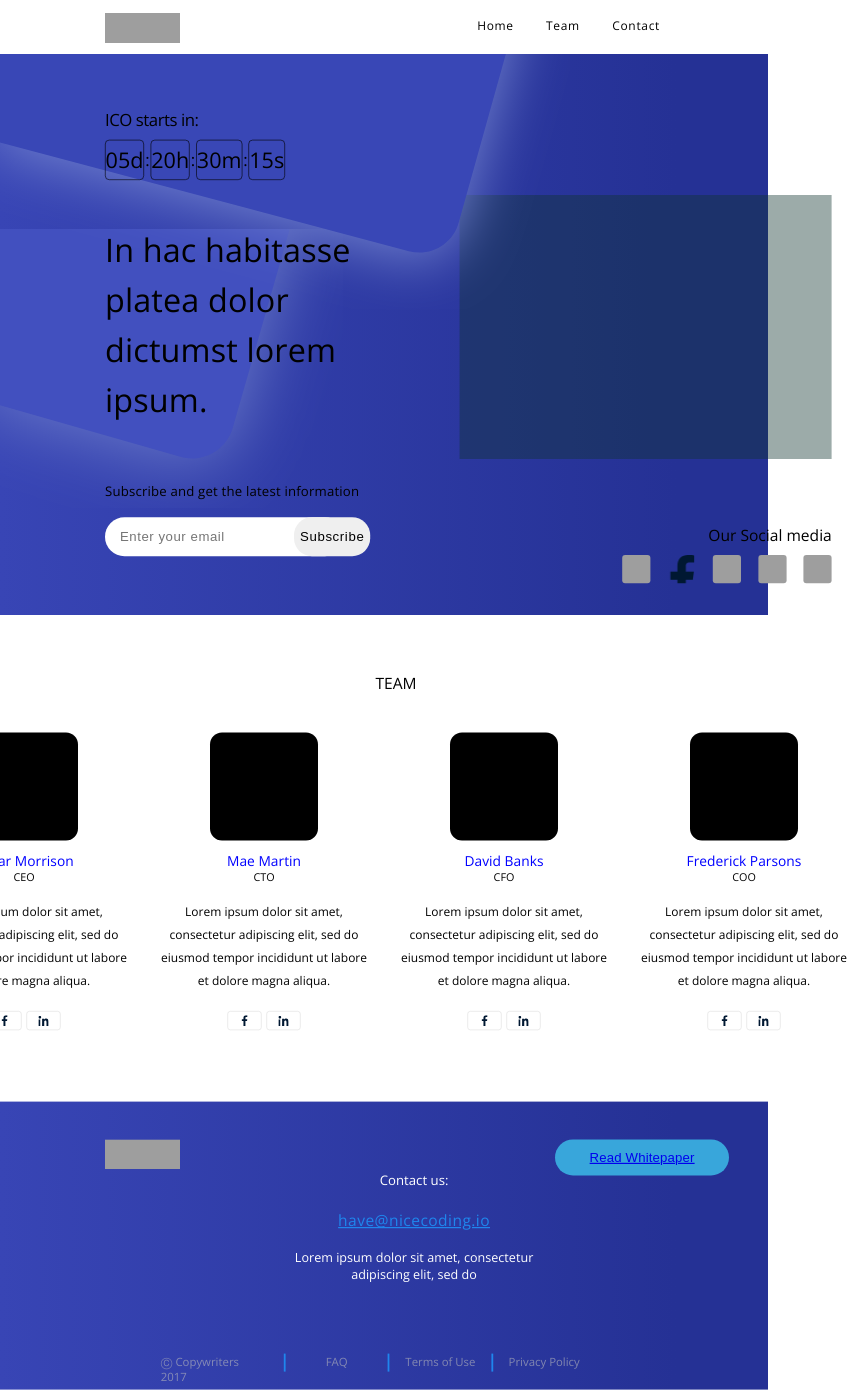
Repository: McGregorSt/newOne
Page: index.html
The author's editor kept a copy of each file at every save. The page is drawn from the files as they stood at one save, then again after the next save.
The browser window is 1280 px wide. The page is 1440 px wide, so the pictures cover 1440 px, including what lies to the right of the window. The pictures show the whole page, at 60% of full size.
Pictures or frames that could not be fetched are drawn as grey boxes.

Above is the page before, as saved 2019-12-16 11:28:41.

After the next save:
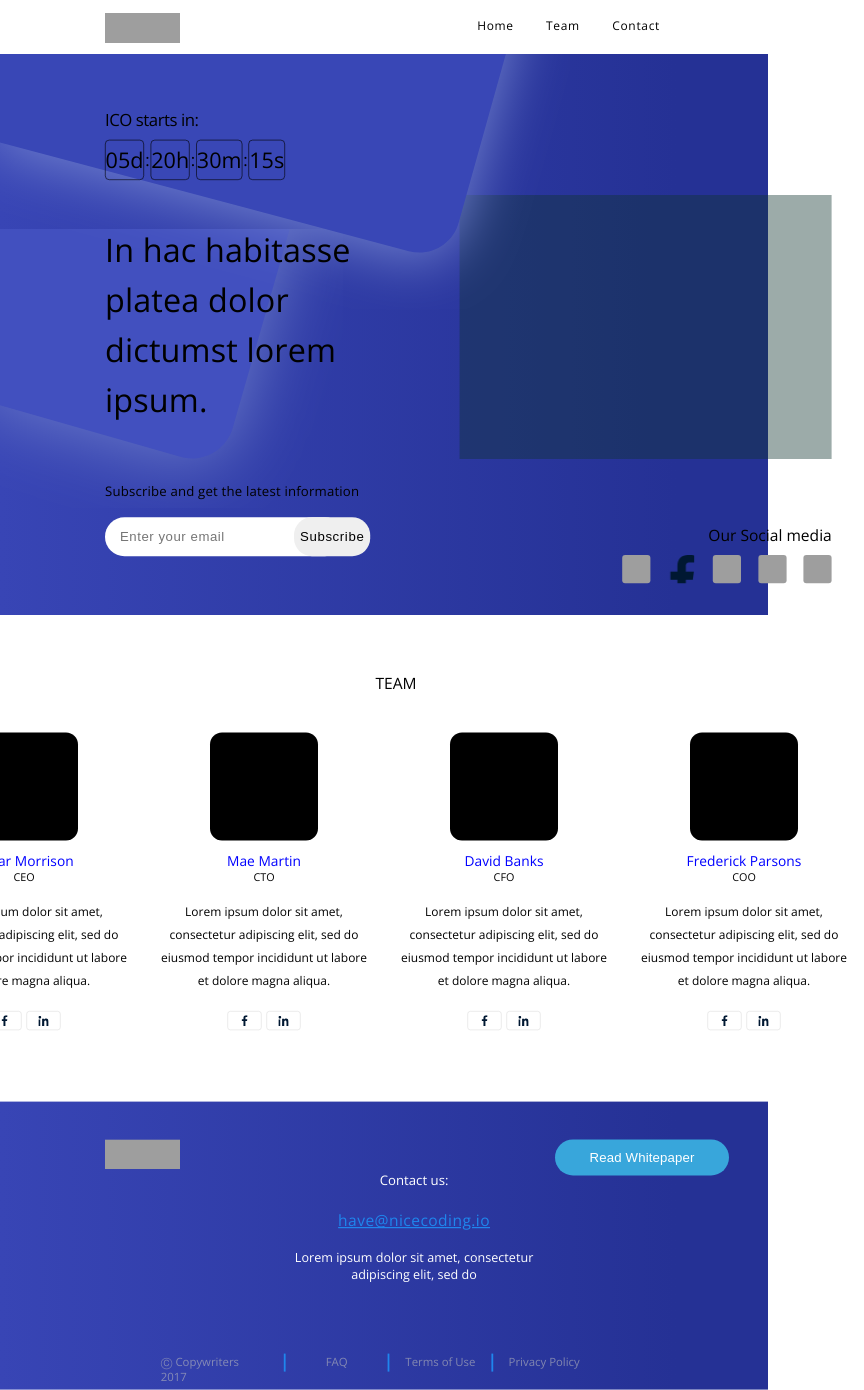
Saved 15 s later.
--- a/index.html
+++ b/index.html
@@ -117,7 +117,7 @@
         <div class="footer__main__whitepaper">
 
           <a href="#">
-            <button type="button" class="header__whitepaper__button">Read Whitepaper</a></button>
+            <button type="button" class="header__whitepaper__button">Read Whitepaper</button>
           </a>
         </div>
       </div>
